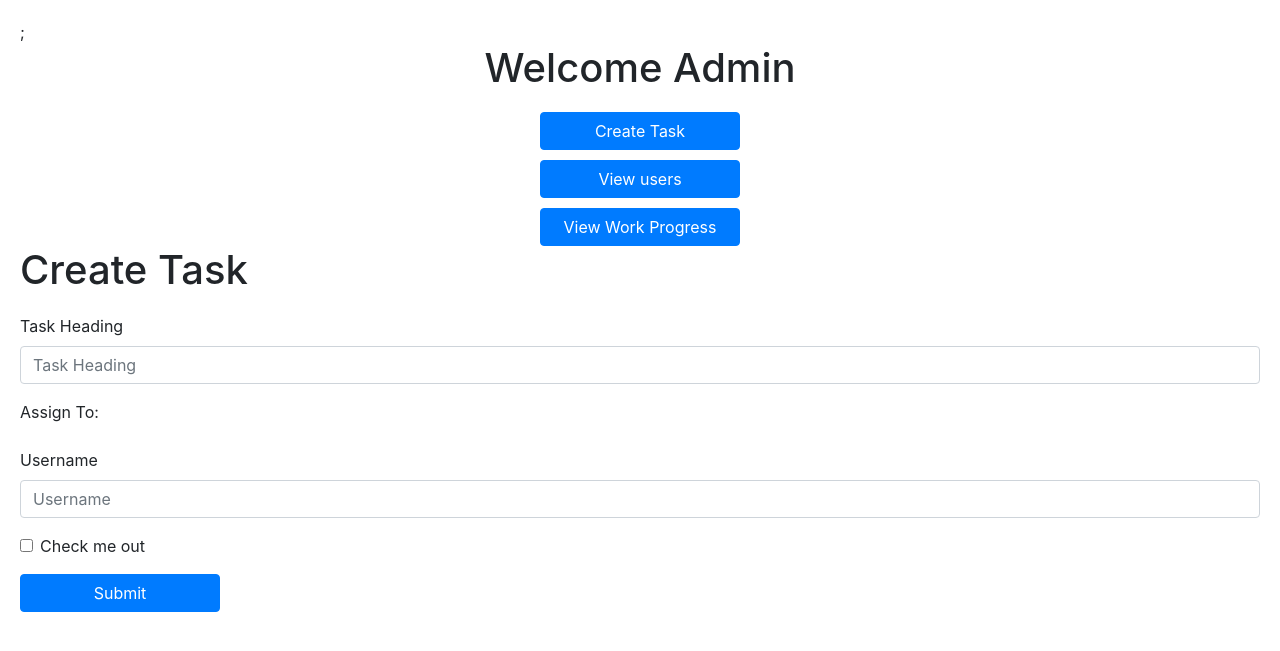
Repository: neha-rouniyar/taskmgmt
Page: http://localhost/admin/create-task
An editor plug-in stored every save of this project. The page is shown before and after a run of saves, followed by the edit.
The browser window is 1280 px wide. The pictures show the whole page.
Some web libraries are served in a nearby version. The page is served by the project's Laravel application, run on PHP 8.4 with Laravel 10. Other server files are loaded and not shown. Queries for data that is not in the repository find no rows.

Above is the page before, as saved 2023-12-11 15:17:22.

### routes/web.php
<?php

use App\Http\Controllers\AdminController;
use Illuminate\Support\Facades\Route;
use App\Http\Controllers\LoginController;
/*
|--------------------------------------------------------------------------
| Web Routes
|--------------------------------------------------------------------------
|
| Here is where you can register web routes for your application. These
| routes are loaded by the RouteServiceProvider and all of them will
| be assigned to the "web" middleware group. Make something great!
|
*/

Route::get('/', function () {
    return view('welcome');
});
Route::get('/login-form',[LoginController::class,'index'])->name('login.form');
Route::post('/login-form-submit',[LoginController::class,'loginFormSubmit'])->name('login.form.submit');




Route::get('/register-form',[LoginController::class,'index2'])->name('register.form');
Route::post('/register-form-submit',[LoginController::class,'registerFormSubmit'])->name('register.form.submit');


//user dashboard
Route::get('/user-dashboard',[LoginController::class,'userDashboard'])->name('user.dashboard');
Route::get('/admin-dashboard',[LoginController::class,'adminDashboard'])->name('admin.dashboard');


//admin
Route::get('/admin/view-users',[AdminController::class,'viewUsers'])->name('admin.view.users');
Route::get('/admin/create-task',[AdminController::class,'createTask'])->name('admin.create.task');
Route::get('/admin/view-work-progress',[AdminController::class,'viewWorkProgress'])->name('admin.view.workprogress');

### app/Http/Controllers/AdminController.php
<?php

namespace App\Http\Controllers;

use App\Models\User;
use Illuminate\Http\Request;

class AdminController extends Controller
{
    public function viewUsers()
    {
        $users=User::all()->where('usertype','regular');
        // dd($users);
        return view('admin.viewUsers',compact('users'));
    }
    public function createTask()
    {
        $users=User::all()->where('usertype','regular');
        return view('admin.task.create',compact('users'));
    }
    public function viewWorkProgress()
    {
        return view('admin.task.workprogress');
    }
}

### resources/views/admin/task/create.blade.php
@extends('admin.dashboard');
@section('admin-content')

<h1>Create Task</h1>
<form action="" method="POST">
    @csrf
      <div class="form-group">
        <label for="exampleInputEmail1">Task Heading</label>
        <input type="text" name="heading" class="form-control" id="exampleInputEmail1" aria-describedby="emailHelp" placeholder="Task Heading" required>
      </div>
      <div class="form-group">
        <label for="exampleInputPassword1">Assign To:</label>
        {{-- <input type="assign" name="password" class="form-control" id="exampleInputPassword1" placeholder="Password" required> --}}
      </div>
      <div class="form-group">
          <label for="exampleInputPassword1">Username</label>
          <input type="text" name="username" class="form-control" id="exampleInputPassword1" placeholder="Username" required>
        </div>
      <div class="form-group form-check">
        <input type="checkbox" class="form-check-input" id="exampleCheck1">
        <label class="form-check-label" for="exampleCheck1">Check me out</label>
      </div>
      <button type="submit" class="btn btn-primary">Submit</button>
    </form>

@endsection

### resources/views/admin/dashboard.blade.php
<!doctype html>
<html lang="en">
  <head>
    <!-- Required meta tags -->
    <meta charset="utf-8">
    <meta name="viewport" content="width=device-width, initial-scale=1, shrink-to-fit=no">

    <!-- Bootstrap CSS -->
    <link rel="stylesheet" href="https://cdn.jsdelivr.net/npm/bootstrap@4.0.0/dist/css/bootstrap.min.css" integrity="sha384-Gn5384xqQ1aoWXA+058RXPxPg6fy4IWvTNh0E263XmFcJlSAwiGgFAW/dAiS6JXm" crossorigin="anonymous">
    <style>
      body {
          padding: 20px;
      }

      h1 {
          margin-bottom: 20px;
      }

      .btn-container {
          display: flex;
          flex-direction: column;
          gap: 10px;
      }

      .btn-container a {
          text-decoration: none;
      }

      .btn {
          width: 200px;
      }
  </style>
    <title>Hello, world!</title>
  </head>
  <body>
    <div class="container text-center">
        <h1>Welcome Admin</h1>
        <div class="btn-container">
            <a href="{{route('admin.create.task')}}">
                <button type="button" class="btn btn-primary">Create Task</button>
            </a>
            <a href="{{route('admin.view.users')}}">
                <button type="button" class="btn btn-primary">View users</button>
            </a>
            <a href="{{route('admin.view.workprogress')}}">
                <button type="button" class="btn btn-primary">View Work Progress</button>
            </a>
        </div>
    </div>
    @yield('admin-content')
    <script src="https://code.jquery.com/jquery-3.2.1.slim.min.js" integrity="sha384-KJ3o2DKtIkvYIK3UENzmM7KCkRr/rE9/Qpg6aAZGJwFDMVNA/GpGFF93hXpG5KkN" crossorigin="anonymous"></script>
    <script src="https://cdn.jsdelivr.net/npm/popper.js@1.12.9/dist/umd/popper.min.js" integrity="sha384-ApNbgh9B+Y1QKtv3Rn7W3mgPxhU9K/ScQsAP7hUibX39j7fakFPskvXusvfa0b4Q" crossorigin="anonymous"></script>
    <script src="https://cdn.jsdelivr.net/npm/bootstrap@4.0.0/dist/js/bootstrap.min.js" integrity="sha384-JZR6Spejh4U02d8jOt6vLEHfe/JQGiRRSQQxSfFWpi1MquVdAyjUar5+76PVCmYl" crossorigin="anonymous"></script>
</body>
</html>

Loaded but not shown: app/Http/Controllers/Controller.php (common file); app/Models/User.php (common file)

After the next 2 saves:
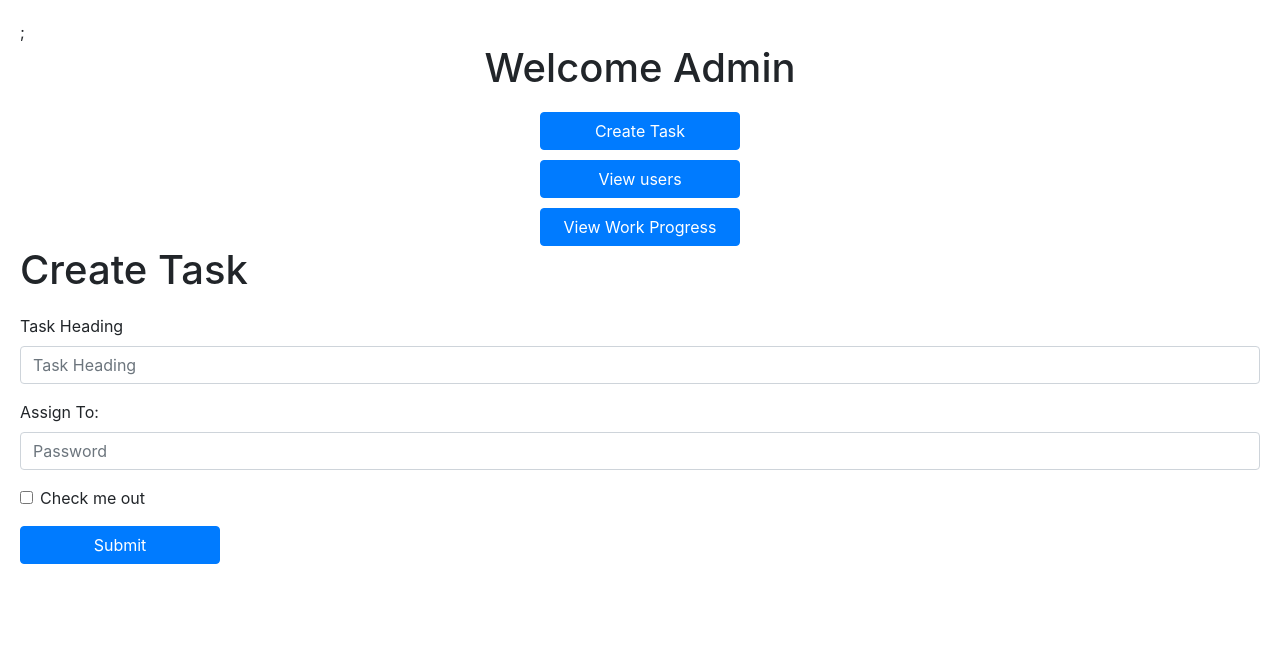
The 2 saves are shown as one change because they came seconds apart.
The last was saved 14 s later.
--- a/resources/views/admin/task/create.blade.php
+++ b/resources/views/admin/task/create.blade.php
@@ -10,12 +10,12 @@
       </div>
       <div class="form-group">
         <label for="exampleInputPassword1">Assign To:</label>
-        {{-- <input type="assign" name="password" class="form-control" id="exampleInputPassword1" placeholder="Password" required> --}}
+        <input type="assign" name="password" class="form-control" id="exampleInputPassword1" placeholder="Password" required>
       </div>
-      <div class="form-group">
+      {{-- <div class="form-group">
           <label for="exampleInputPassword1">Username</label>
           <input type="text" name="username" class="form-control" id="exampleInputPassword1" placeholder="Username" required>
-        </div>
+        </div> --}}
       <div class="form-group form-check">
         <input type="checkbox" class="form-check-input" id="exampleCheck1">
         <label class="form-check-label" for="exampleCheck1">Check me out</label>
